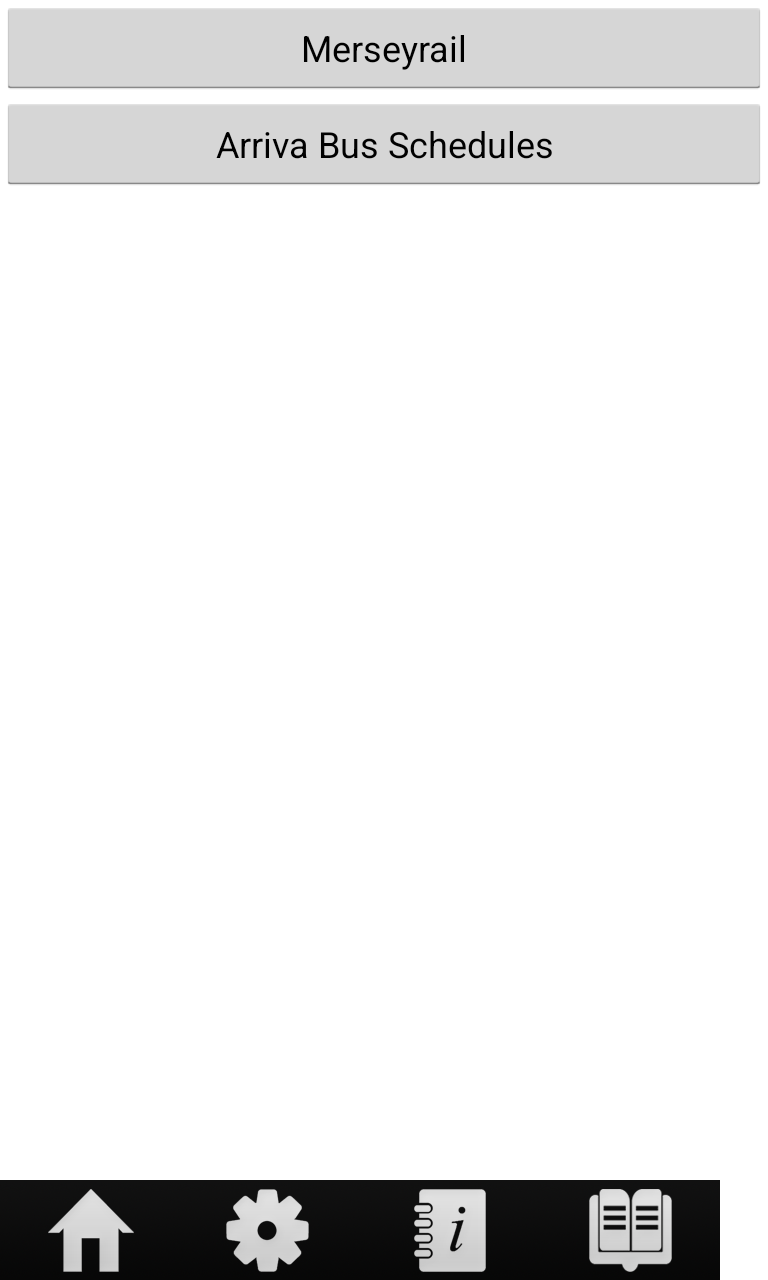
Repository: jo3bolton/PIKJEJ
Layout: PIKJEJ v7/PIKJEJ/res/layout/activity_alt_travel.xml
The author's editor kept a copy of each file at every save. The layout is drawn from the files as they stood at one save, then again after the next save.
It is drawn on a 768 x 1280 px phone screen (xhdpi) without system bars, with theme AppTheme; the app's code is not run.

Above is the layout before, as saved 2013-03-23 15:03:38.

### PIKJEJ v7/PIKJEJ/res/layout/activity_alt_travel.xml
<RelativeLayout xmlns:android="http://schemas.android.com/apk/res/android"
    xmlns:tools="http://schemas.android.com/tools"
    android:id="@+id/map"
    android:layout_width="match_parent"
    android:layout_height="match_parent"
    android:screenOrientation="portrait"
    tools:context=".AltTravel" >

     <ImageButton
         android:id="@+id/home"
         android:layout_width="wrap_content"
         android:layout_height="wrap_content"
         android:layout_alignParentBottom="true"
         android:layout_alignParentLeft="true"
         android:background="@drawable/ic_tab_home_unselected"
         android:contentDescription="@string/title_activity_home"
         android:onClick="Home" />

    <ImageButton
        android:id="@+id/settings"
        android:layout_width="wrap_content"
        android:layout_height="wrap_content"
        android:layout_alignParentBottom="true"
        android:layout_toRightOf="@+id/home"
        android:background="@drawable/ic_tab_settings_unselected"
        android:contentDescription="@string/title_activity_settings"
        android:onClick="Settings" />

    <ImageButton
        android:id="@+id/about"
        android:layout_width="wrap_content"
        android:layout_height="wrap_content"
        android:layout_alignParentBottom="true"
        android:layout_toRightOf="@+id/settings"
        android:background="@drawable/ic_tab_about_unselected"
        android:contentDescription="@string/title_activity_about"
        android:onClick="About" />

    <ImageButton
        android:id="@+id/userguide"
        android:layout_width="wrap_content"
        android:layout_height="wrap_content"
        android:layout_alignParentBottom="true"
        android:layout_toRightOf="@+id/about"
        android:background="@drawable/ic_tab_userguide_unselected"
        android:contentDescription="@string/title_activity_userguide"
        android:onClick="Userguide" />

	<ScrollView
    android:id="@+id/ScrollView1"
    android:layout_width="wrap_content"
    android:layout_height="wrap_content"
    android:layout_alignParentLeft="true"
    android:layout_alignParentTop="true"
    android:layout_marginTop="82dp" >

</ScrollView>
	<Button
	    android:id="@+id/MerseyRailButton1"
	    android:layout_width="wrap_content"
	    android:layout_height="wrap_content"
	    android:layout_alignParentLeft="true"
	    android:layout_alignParentRight="true"
	    android:layout_alignParentTop="true"
	    android:contentDescription="@string/alt_travel_merseyrail"
	    android:onClick="Merseyrail"
	    android:text="@string/alt_travel_merseyrail"  />

	<Button
	    android:id="@+id/arrivaButton1"
	    android:layout_width="wrap_content"
	    android:layout_height="wrap_content"
	    android:layout_alignParentLeft="true"
	    android:layout_alignParentRight="true"
	    android:layout_below="@+id/MerseyRailButton1"
	    android:contentDescription="@string/alt_travel_arriva"
	    android:onClick="Arriva"
	    android:text="@string/alt_travel_arriva" />

</RelativeLayout>

### PIKJEJ v7/PIKJEJ/res/values/strings.xml
<?xml version="1.0" encoding="utf-8"?>
<resources>

    <string name="app_name">PIKJEJ</string>
    <string name="action_settings">Settings</string>
    <string name="hello_world">Hello world!</string>
    <string name="title_activity_about">About</string>
    <string name="title_activity_alt_travel">AltTravel</string>
    <string name="title_activity_userguide">Userguide</string>
    <string name="title_activity_schedule">Schedule</string>
    <string name="title_activity_settings">Settings</string>
    <string name="title_activity_predictor">Predictor</string>
    <string name="title_activity_terms">Terms</string>
    <string name="title_activity_splash">Splash</string>
    <string name="title_activity_home">Home</string>
    <string name="Clock">DigitalClock</string><string name="page_about"><b>The PIKJEJ Application was created by the PIKJEJ development team.</b> \n \n <b> Project Leader:</b> \n Joseph Bolton \n\n <b>Team Members:</b> \n Ethan Tsang \n James Cassidy \n Peter Fletcher \n Ian Cannon \n  Kyle Ryan \n\n PIKJEJ Car Park Application \n Version 7.1 \n Copyright 2013 PIKJEJ \n\n Map facilities provided by Google Maps \n\n </string>
    <string name="alt_travel_merseyrail">Merseyrail</string><string name="alt_travel_arriva">Arriva Bus Schedules</string>



</resources>

Loaded but not shown: PIKJEJ v7/PIKJEJ/res/values/styles.xml (common file); PIKJEJ v7/PIKJEJ/res/values-v11/styles.xml (common file); PIKJEJ v7/PIKJEJ/res/values-v14/styles.xml (common file)

After the next save:
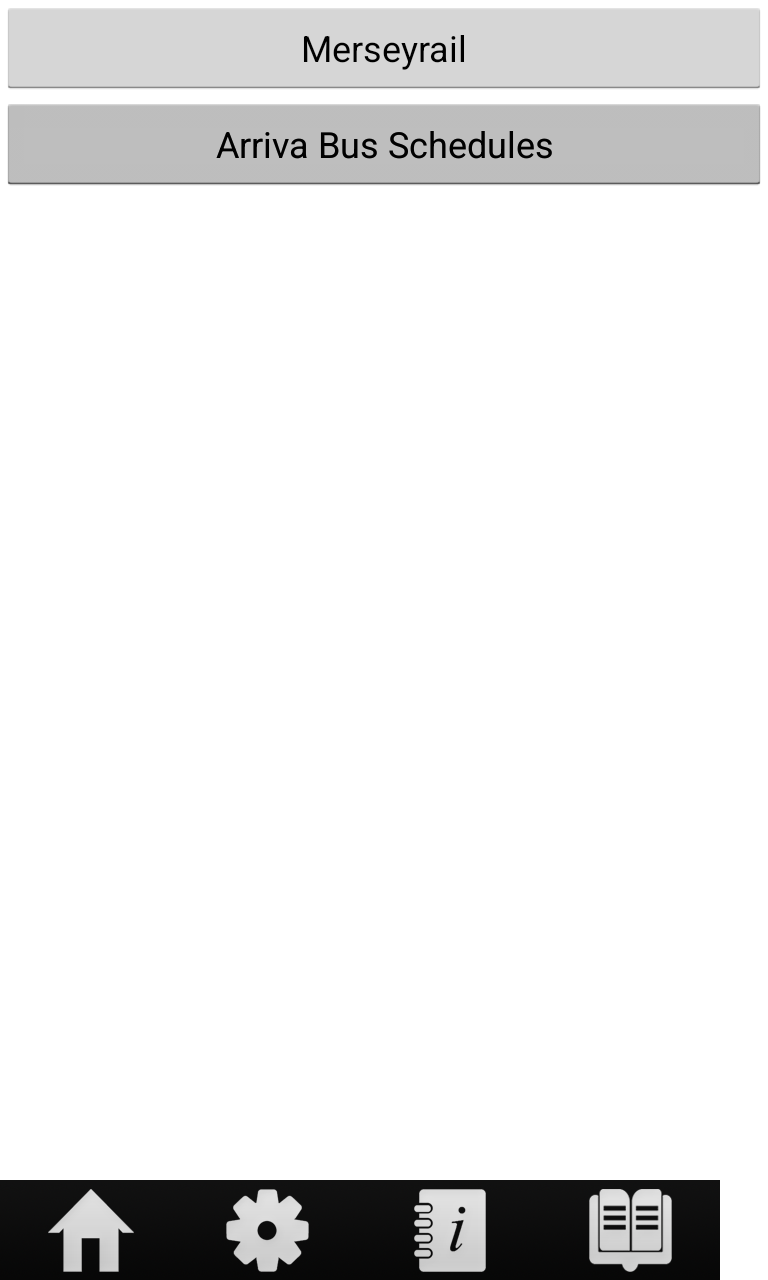
Saved 2 min 44 s later.
--- a/PIKJEJ v7/PIKJEJ/res/layout/activity_alt_travel.xml
+++ b/PIKJEJ v7/PIKJEJ/res/layout/activity_alt_travel.xml
@@ -77,4 +77,14 @@
 	    android:onClick="Arriva"
 	    android:text="@string/alt_travel_arriva" />
 
+	<Button
+	    android:id="@+id/firstButton1"
+	    android:layout_width="wrap_content"
+	    android:layout_height="wrap_content"
+	    android:layout_alignParentLeft="true"
+	    android:layout_alignParentRight="true"
+	    android:layout_below="@+id/MerseyRailButton1"
+	    android:contentDescription="@string/alt_travel_arriva"
+	    android:onClick="Arriva"
+	    android:text="@string/alt_travel_arriva" />
 </RelativeLayout>
